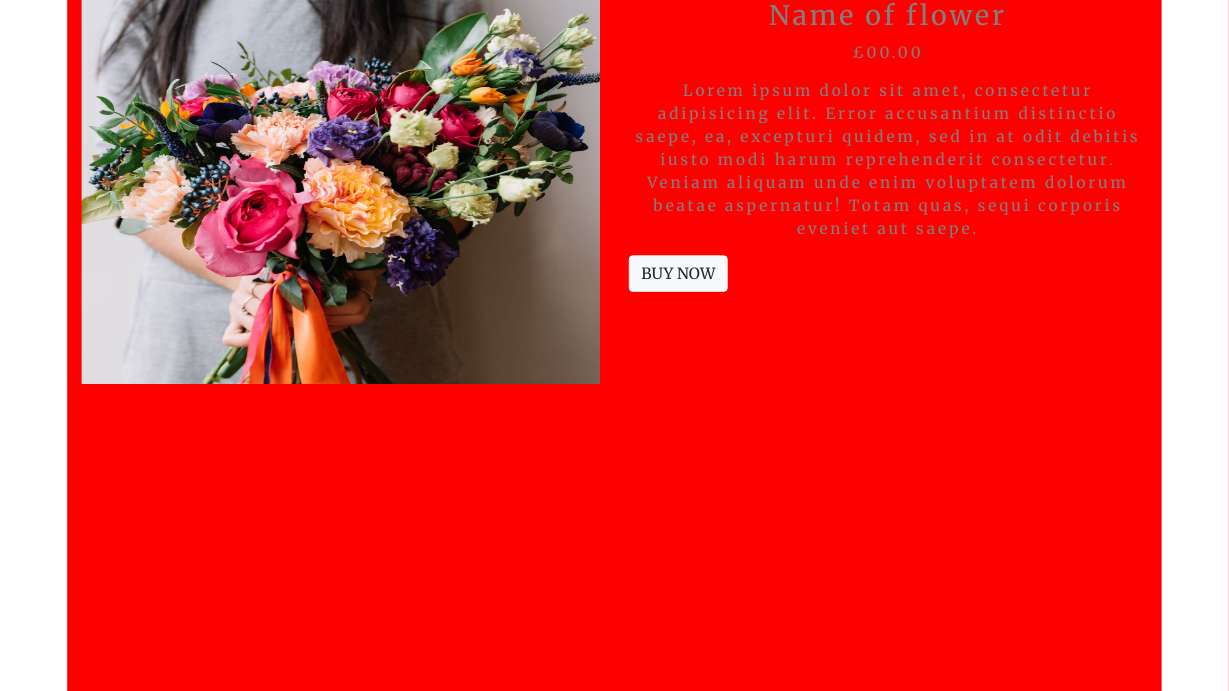
Repository: GarySimons/One-Milestone-Project
Page: flower1.html
The author's editor kept a record of every edit. The page is drawn from the files as they stood at one moment, then again after the next edit.
The browser window is 1280 px wide. The pictures show the whole page, at 96% of full size.

Above is the page before.

After the next edit:
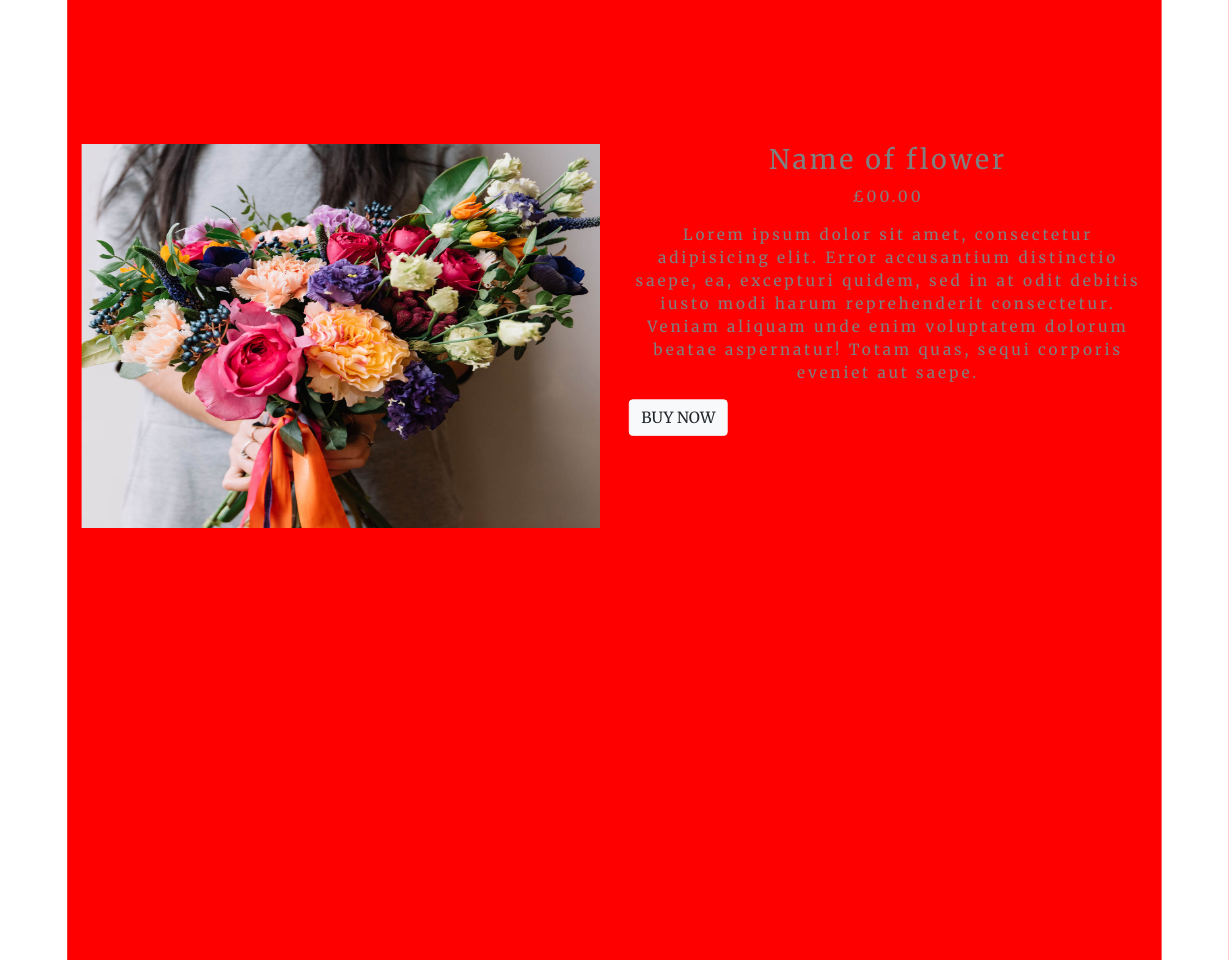
The edit:
--- a/assets/style.css
+++ b/assets/style.css
@@ -201,7 +201,8 @@
 }
 
 .flowercontainer {
-    height: 100vh;
+    padding-top: 150px;
+    height: 1000px;
     position: relative;
     background-color: red;
 }
